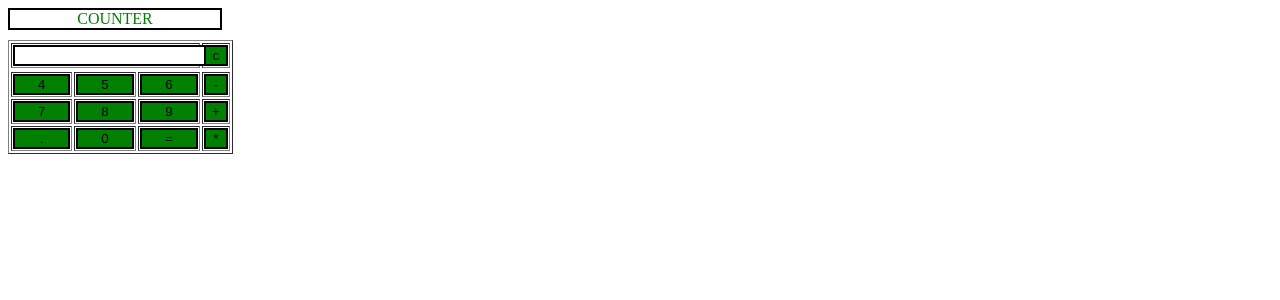
Repository: Seryozha02/Calculator
Page: calculator.html
An editor plug-in stored every save of this project. The page is shown before and after the next save, followed by the edit.
The browser window is 1280 px wide. The pictures show the whole page.

Above is the page before, as saved 2022-02-14 16:48:15.

After the next save:
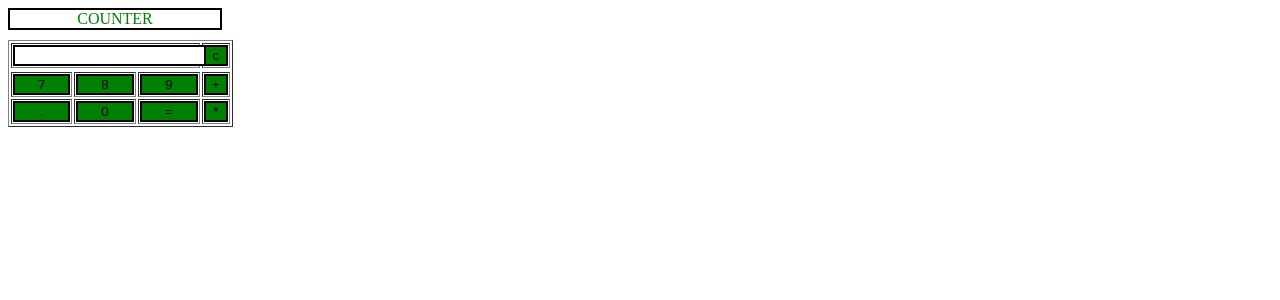
Saved 13 s later.
--- a/calculator.html
+++ b/calculator.html
@@ -17,12 +17,7 @@
     <tr>
 
 
-    <tr>
-       <td><input type="button" value="4" onclick="dis('4')"/> </td>
-       <td><input type="button" value="5" onclick="dis('5')"/> </td>
-       <td><input type="button" value="6" onclick="dis('6')"/> </td>
-       <td><input type="button" value="-" onclick="dis('-')"/> </td>
-    </tr>
+
     <tr>
        <td><input type="button" value="7" onclick="dis('7')"/> </td>
        <td><input type="button" value="8" onclick="dis('8')"/> </td>
